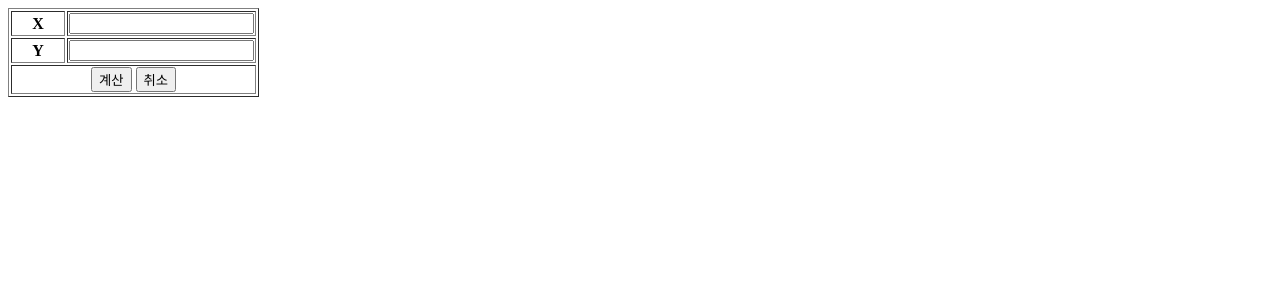
Repository: Choiinhwan11/JAVA
Page: http://localhost/EL_JSTL01/EL/elInput_java.jsp
These files come from the project's save history. The page is drawn as it stood at one moment and after the next save; the edit follows.
The browser window is 1280 px wide. The pictures show the whole page.
The page is served by Tomcat 9. Other server files are loaded and not shown.

Above is the page before, as saved 2024-02-15 02:53:22.

### Web/workspace/EL_JSTL01/src/main/webapp/EL/elInput_java.jsp
<%@ page language="java" contentType="text/html; charset=UTF-8"
    pageEncoding="UTF-8"%>
<!DOCTYPE html>
<html>
<head>
<meta charset="UTF-8">
<title>Insert title here</title>
</head>
<body>
<form action="elResult_java.jsp">
	<table border="1">
		<tr>
			<th width="50">X</th>
			<td><input type="text" name="X"></td>
		</tr>
		<tr>
			<th>Y</th>
			<td><input type="text" name="Y"></td>
		</tr>
		<tr>
			<td colspan="2" align="center">
				<input type="submit" value="계산">
				<input type="reset" value="취소">
			</td>

		</tr>
	</table>
</form>
</body>
</html>

After the next save:
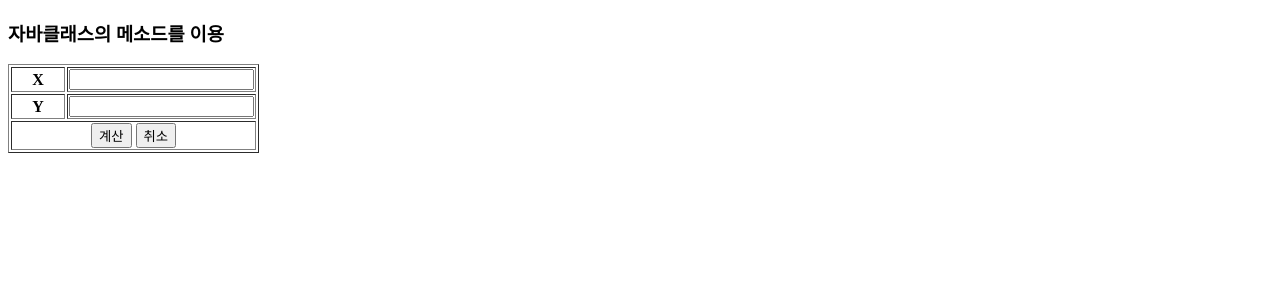
Saved 22 s later.
--- a/Web/workspace/EL_JSTL01/src/main/webapp/EL/elInput_java.jsp
+++ b/Web/workspace/EL_JSTL01/src/main/webapp/EL/elInput_java.jsp
@@ -8,6 +8,7 @@
 </head>
 <body>
 <form action="elResult_java.jsp">
+	<h3>자바클래스의 메소드를 이용</h3>
 	<table border="1">
 		<tr>
 			<th width="50">X</th>
